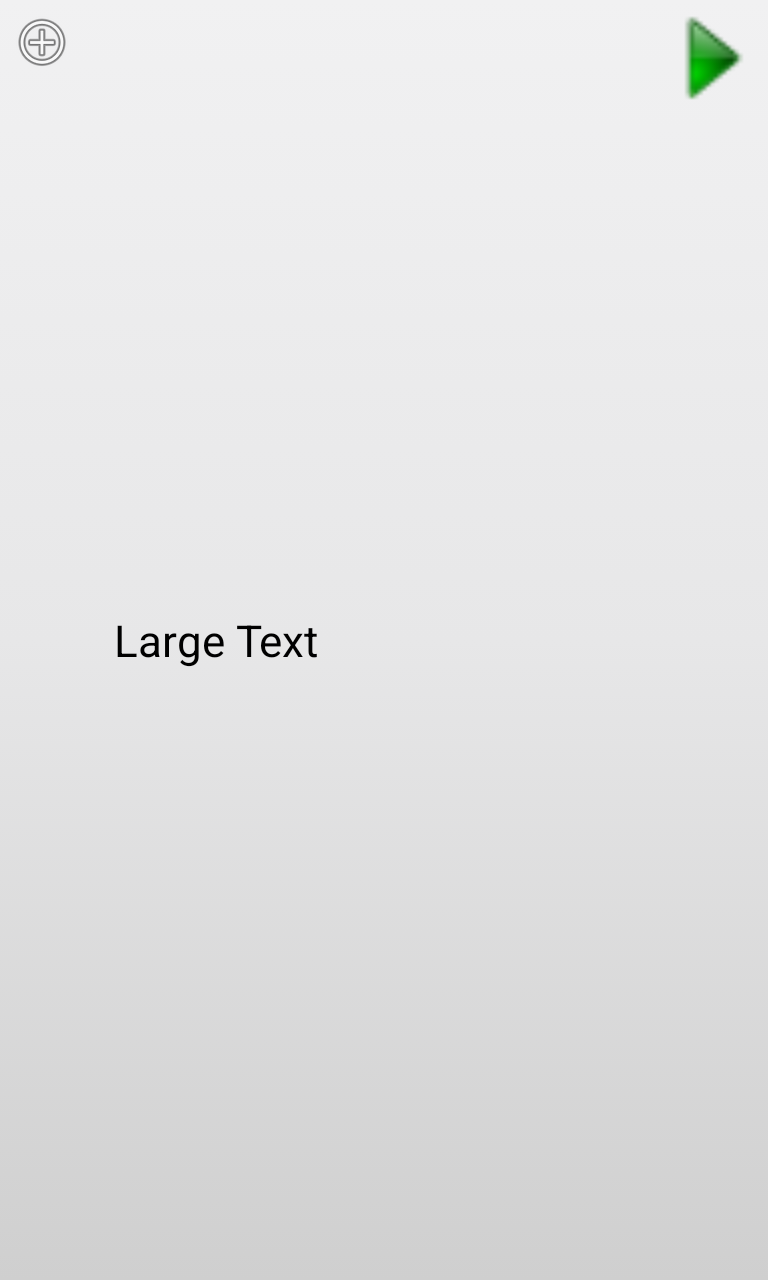
Repository: satyadarls/ToDo
Layout: ToDo/res/layout/activity_main.xml
These files come from the project's save history. The layout is drawn as it stood at one moment and after the next save; the edit follows.
It is drawn on a 768 x 1280 px phone screen (xhdpi) without system bars, with theme AppTheme; the app's code is not run.

Above is the layout before, as saved 2014-07-06 09:08:55.

### ToDo/res/layout/activity_main.xml
<?xml version="1.0" encoding="utf-8"?>
<RelativeLayout xmlns:android="http://schemas.android.com/apk/res/android"
    android:layout_width="fill_parent"
    android:layout_height="wrap_content"
    android:background="@drawable/list_selector"
    android:orientation="horizontal"
    android:padding="5dip" >

	<ImageView
        android:id="@+id/imageView1"
        android:layout_width="wrap_content"
        android:layout_height="wrap_content"
         android:layout_alignParentLeft="true"
        android:src="@android:drawable/ic_menu_add" />

    <TextView
        android:id="@+id/categoryText"
        android:layout_width="wrap_content"
        android:layout_height="wrap_content"
        android:layout_centerVertical="true"
        android:layout_marginLeft="20dp"
        android:layout_toRightOf="@+id/imageView1"
        android:text="Large Text"
        android:textAppearance="?android:attr/textAppearanceLarge" />

    <Button
        android:id="@+id/sidebutton"
        style="?android:attr/buttonStyleSmall"
        android:layout_width="wrap_content"
        android:layout_height="wrap_content"
        android:layout_alignParentRight="true"
        android:layout_alignTop="@+id/imageView1"
        android:background="@drawable/rightarrow"/>

  </RelativeLayout>

Loaded but not shown: ToDo/res/values/styles.xml (common file); ToDo/res/values-v11/styles.xml (common file); ToDo/res/values-v14/styles.xml (common file); ToDo/res/drawable-ldpi/list_selector.xml (common file); ToDo/res/drawable-ldpi/gradient_bg.xml (common file); ToDo/res/drawable-ldpi/gradient_bg_hover.xml (common file)

After the next save:
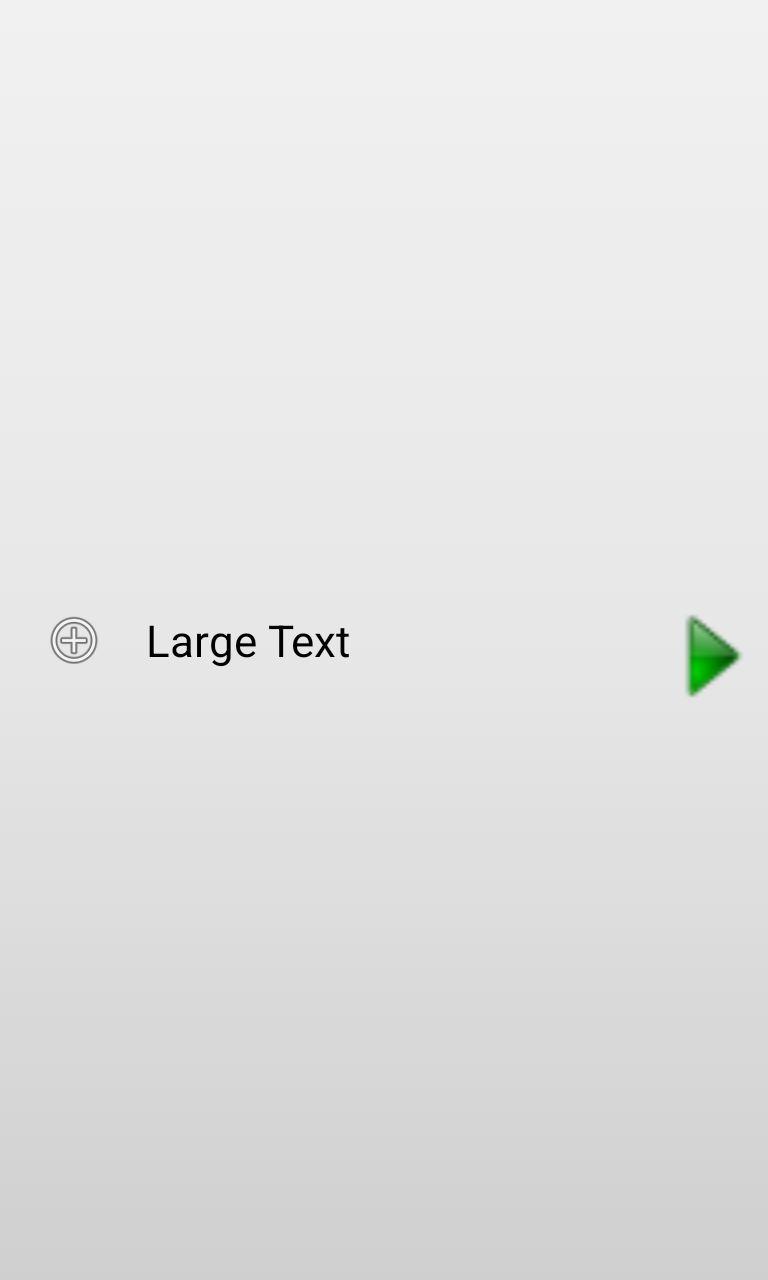
Saved 35 s later.
--- a/ToDo/res/layout/activity_main.xml
+++ b/ToDo/res/layout/activity_main.xml
@@ -5,13 +5,6 @@
     android:background="@drawable/list_selector"
     android:orientation="horizontal"
     android:padding="5dip" >
-
-	<ImageView
-        android:id="@+id/imageView1"
-        android:layout_width="wrap_content"
-        android:layout_height="wrap_content"
-         android:layout_alignParentLeft="true"
-        android:src="@android:drawable/ic_menu_add" />
 
     <TextView
         android:id="@+id/categoryText"
@@ -32,4 +25,13 @@
         android:layout_alignTop="@+id/imageView1"
         android:background="@drawable/rightarrow"/>
 
+    <ImageView
+        android:id="@+id/imageView1"
+        android:layout_width="wrap_content"
+        android:layout_height="wrap_content"
+        android:layout_alignParentLeft="true"
+        android:layout_centerVertical="true"
+        android:layout_marginLeft="16dp"
+        android:src="@android:drawable/ic_menu_add" />
+
   </RelativeLayout>
